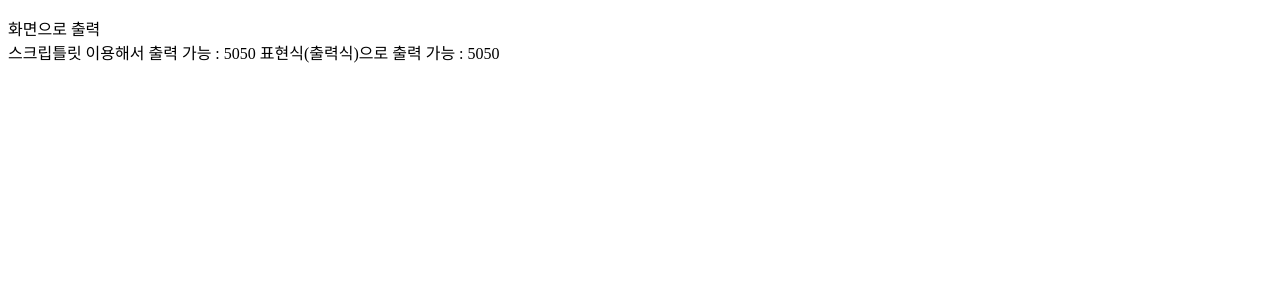
Repository: BrianH29/BH_webserver_workspace1
Page: http://localhost/2_JSP/views/01_ScriptingElement.jsp
An editor plug-in stored every save of this project. The page is shown before and after the next save, followed by the edit.
The browser window is 1280 px wide. The pictures show the whole page.
The page is served by Tomcat 9.

Above is the page before, as saved 2020-08-31 01:34:35.

After the next save:
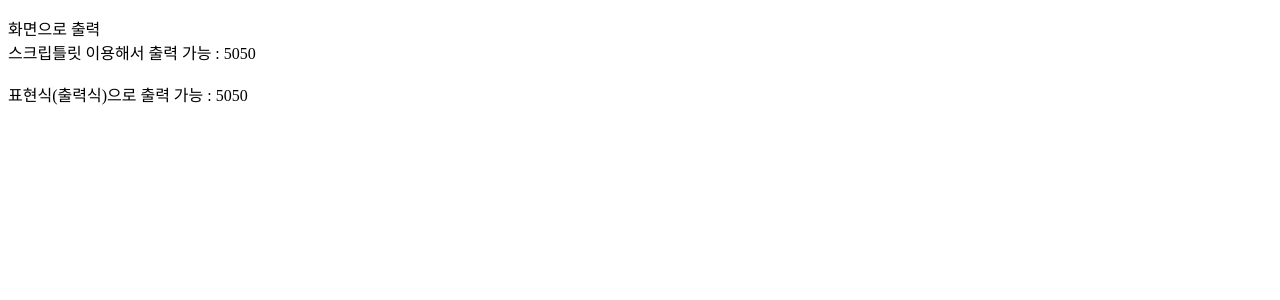
Saved 12 s later.
--- a/webserver_workspace1/2_JSP/WebContent/views/01_ScriptingElement.jsp
+++ b/webserver_workspace1/2_JSP/WebContent/views/01_ScriptingElement.jsp
@@ -23,7 +23,7 @@
 
 	<p>
 		화면으로 출력 <br>
-		스크립틀릿 이용해서 출력 가능 : <% out.println(sum); %>
+		스크립틀릿 이용해서 출력 가능 : <% out.println(sum); %><br><br>
 		표현식(출력식)으로 출력 가능 : <%= sum %>
 	</p>
 
